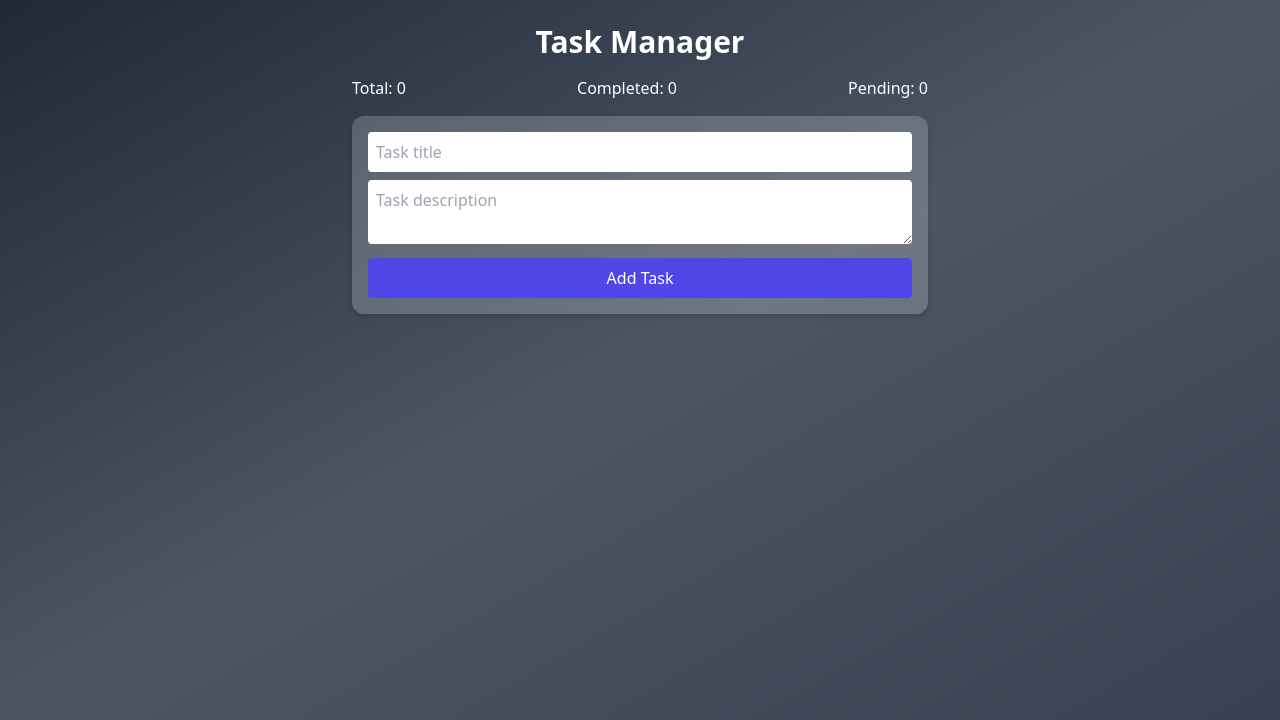
Repository: Meenakshi-commits/mern-task-manager
Page: / (app in client/)
The author's editor kept a copy of each file at every save. The page is drawn from the files as they stood at one save, then again after the next save.
The browser window is 1280 px wide. The pictures show the whole page.
The page's requests for data from a server got no answer. The project was rebuilt for these pictures with package versions that can differ from the ones it lists, and the page was loaded fresh each time. No one was signed in, and anything a server would have sent is missing. Also part of the build but not shown: client/vite.config.js, client/src/components/TaskItem.jsx.

Above is the page before, as saved 2026-01-09 17:29:30.

### client/src/App.jsx
import { useEffect, useState } from "react";
import api from "./services/api";
import TaskForm from "./components/TaskForm";
import TaskList from "./components/TaskList";

export default function App() {
  const [tasks, setTasks] = useState([]);

  const fetchTasks = async () => {
    const res = await api.get("/tasks");
    setTasks(res.data);
  };

  useEffect(() => {
    fetchTasks();
  }, []);

  const completed = tasks.filter((t) => t.completed).length;
  const pending = tasks.length - completed;

  return (
    <div className="min-h-screen bg-gradient-to-br from-gray-800 via-gray-600 to-gray-700 p-6">
      <div className="max-w-xl mx-auto text-white">
        <h1 className="text-3xl font-bold text-center mb-4">
          Task Manager
        </h1>

        <div className="flex justify-between mb-4">
          <span>Total: {tasks.length}</span>
          <span>Completed: {completed}</span>
          <span>Pending: {pending}</span>
        </div>

        <TaskForm fetchTasks={fetchTasks} />
        <TaskList tasks={tasks} fetchTasks={fetchTasks} />
      </div>
    </div>
  );
}

### client/src/components/TaskForm.jsx
import { useState } from "react";
import api from "../services/api";

export default function TaskForm({ fetchTasks }) {
  const [title, setTitle] = useState("");
  const [description, setDescription] = useState("");

  const handleSubmit = async (e) => {
    e.preventDefault();
    if (!title) return;

    await api.post("/tasks", {
      title,
      description,
    });

    setTitle("");
    setDescription("");
    fetchTasks();
  };

  return (
    <form
      onSubmit={handleSubmit}
      className="bg-white/20 backdrop-blur-lg p-4 rounded-xl shadow-md"
    >
      <input
        type="text"
        placeholder="Task title"
        className="w-full mb-2 p-2 rounded"
        value={title}
        onChange={(e) => setTitle(e.target.value)}
      />

      <textarea
        placeholder="Task description"
        className="w-full mb-2 p-2 rounded"
        value={description}
        onChange={(e) => setDescription(e.target.value)}
      />

      <button className="w-full bg-indigo-600 text-white py-2 rounded hover:bg-indigo-700">
        Add Task
      </button>
    </form>
  );
}

### client/src/components/TaskList.jsx
import TaskItem from "./TaskItem";

export default function TaskList({ tasks, fetchTasks }) {
  return (
    <div className="mt-4">
      {tasks.map((task) => (
        <TaskItem
          key={task._id}
          task={task}
          fetchTasks={fetchTasks}
        />
      ))}
    </div>
  );
}

Loaded but not shown: client/index.html (common file); client/src/main.jsx (common file); client/src/index.css (common file); client/src/services/api.js (common file); client/tailwind.config.js (common file)

After the next save:
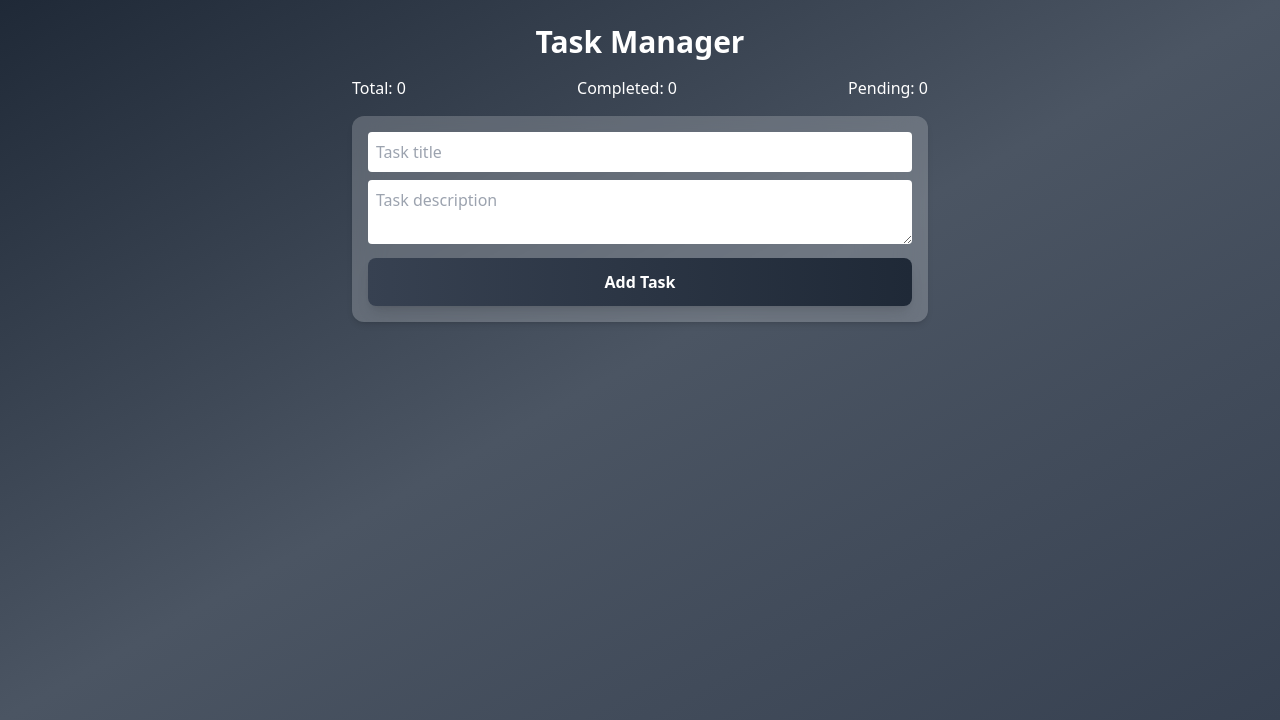
Saved 53 s later.
--- a/client/src/components/TaskForm.jsx
+++ b/client/src/components/TaskForm.jsx
@@ -39,7 +39,7 @@ export default function TaskForm({ fetchTasks }) {
         onChange={(e) => setDescription(e.target.value)}
       />
 
-      <button className="w-full bg-indigo-600 text-white py-2 rounded hover:bg-indigo-700">
+      <button className="w-full bg-gradient-to-r from-gray-700 to-gray-800 text-white font-semibold py-3 rounded-lg hover:from-gray-800 hover:to-gray-900 transition-all duration-200 shadow-lg hover:shadow-xl active:scale-95">
         Add Task
       </button>
     </form>
